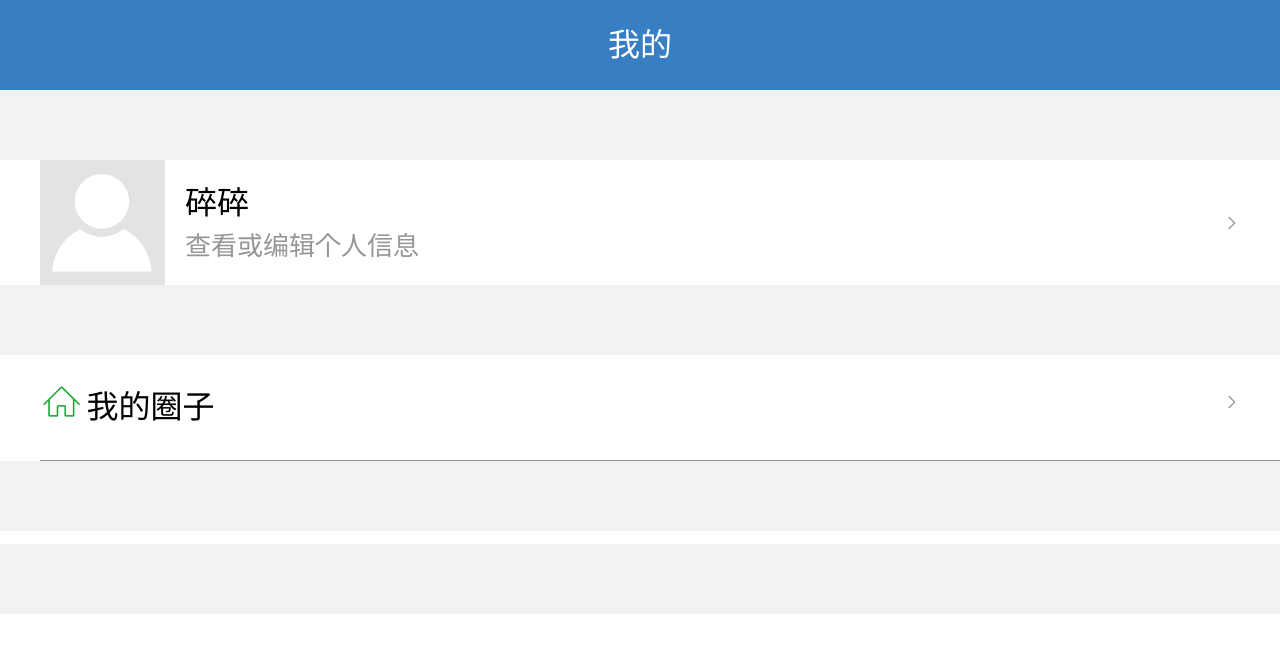
Repository: A1LExX/H5_study_set
Page: myProfile/index.html
An editor plug-in stored every save of this project. The page is shown before and after the next save, followed by the edit.
The browser window is 1280 px wide. The pictures show the whole page.
An inner scrolling area shows only its first screen.

Above is the page before, as saved 2021-07-12 20:40:38.

### myProfile/index.html
<!--
@author [Alex Wei]
@email [w2262196@outlook.com]
@create date 2021-07-12 18:52:43
@modify date 2021-07-12 20:39:11
@desc [description]
-->
<!DOCTYPE html>
<html lang="en">

<head>
    <meta charset="UTF-8">
    <meta http-equiv="X-UA-Compatible" content="IE=edge">
    <meta name="viewport" content="width=device-width, initial-scale=1.0">
    <!-- 引入重制样式表 -->
    <link rel="stylesheet" href="./css/reset.css">
    <!-- 引入移动端适配js -->
    <script src="./js/rem.js"></script>
    <!-- 引入字体图标样式表 -->
    <link rel="stylesheet" href="./css/iconfont.css">
    <!-- 引入当前页面样式表 -->
    <link rel="stylesheet" href="./css/index.css">
    <title>Document</title>
</head>

<body>
    <!-- 页眉 -->
    <div id="top">我的</div>
    <!-- 中间部分 -->
    <div id="mid">
        <div class="proFile">
            <div class="profileLeft">
                <div class="profileImg">
                    <span class="iconfont icon-icontouxiang"></span>
                </div>
                <div class="profileWord">
                    <span>碎碎</span>
                    <span>查看或编辑个人信息</span>
                </div>
            </div>
            <div class="iconfont icon-arrow-right"></div>
        </div>
        <div class="itemOne">
            <div class="itemTop">
                <div class="itemDown">
                    <span class="iconfont icon-fangzi1"></span>
                    <span>我的圈子</span>
                </div>
            <div class="iconfont icon-arrow-right"></div>
            </div>
            <div></div>
        </div>
        <div class="itemTwo"></div>
        <div class="setting"></div>
    </div>
    <!-- 页脚 -->
    <div id="footer"></div>
</body>

</html>

### myProfile/css/reset.css
/**
 * @author [Alex Wei]
 * @email [w2262196@outlook.com]
 * @create date 2021-07-12 19:03:59
 * @modify date 2021-07-12 19:05:27
 * @desc [description]
 */
/*
KISSY CSS Reset
理念：1. reset 的目的不是清除浏览器的默认样式，这仅是部分工作。清除和重置是紧密不可分的。
2. reset 的目的不是让默认样式在所有浏览器下一致，而是减少默认样式有可能带来的问题。
3. reset 期望提供一套普适通用的基础样式。但没有银弹，推荐根据具体需求，裁剪和修改后再使用。
特色：1. 适应中文；2. 基于最新主流浏览器。
维护：玉伯<lifesinger@gmail.com>, 正淳<ragecarrier@gmail.com>
 */

/** 清除内外边距 **/
body, h1, h2, h3, h4, h5, h6, hr, p, blockquote, /* structural elements 结构元素 */
dl, dt, dd, ul, ol, li, /* list elements 列表元素 */
pre, /* text formatting elements 文本格式元素 */
form, fieldset, legend, button, input, textarea, /* form elements 表单元素 */
th, td /* table elements 表格元素 */ {
  margin: 0;
  padding: 0;
}

/** 设置默认字体 **/
body,
button, input, select, textarea /* for ie */ {
  font: 12px/1.5 tahoma, arial, \5b8b\4f53, sans-serif;
}
h1, h2, h3, h4, h5, h6 { font-size: 100%; }
address, cite, dfn, em, var { font-style: normal; } /* 将斜体扶正 */
code, kbd, pre, samp { font-family: courier new, courier, monospace; } /* 统一等宽字体 */
small { font-size: 12px; } /* 小于 12px 的中文很难阅读，让 small 正常化 */

/** 重置列表元素 **/
ul, ol { list-style: none; }

/** 重置文本格式元素 **/
a { text-decoration: none; }
a:hover { text-decoration: underline; }


/** 重置表单元素 **/
legend { color: #000; } /* for ie6 */
fieldset, img { border: 0; } /* img 搭车：让链接里的 img 无边框 */
button, input, select, textarea { font-size: 100%; } /* 使得表单元素在 ie 下能继承字体大小 */
/* 注：optgroup 无法扶正 */

/** 重置表格元素 **/
table { border-collapse: collapse; border-spacing: 0; }

/* 清除浮动 */
.ks-clear:after, .clear:after {
  content: '\20';
  display: block;
  height: 0;
  clear: both;
}

.ks-clear, .clear {
  *zoom: 1;
}

### myProfile/js/rem.js
//designWidth:设计稿的实际宽度值，需要根据实际设置
//maxWidth:制作稿的最大宽度值，需要根据实际设置
//这段js的最后面有两个参数记得要设置，一个为设计稿实际宽度，一个为制作稿最大宽度，例如设计稿为750，最大宽度为750，则为(750,750)
;(function(designWidth, maxWidth) {
	var doc = document,
	win = window,
	docEl = doc.documentElement,
	remStyle = document.createElement("style"),
	tid;

	function refreshRem() {
		var width = docEl.getBoundingClientRect().width;
		maxWidth = maxWidth || 540;
		width>maxWidth && (width=maxWidth);
		//屏幕宽度 * 100 / 设计稿宽度
		var rem = width * 100 / designWidth;
		remStyle.innerHTML = 'html{font-size:' + rem + 'px;}';
	}

	if (docEl.firstElementChild) {
		docEl.firstElementChild.appendChild(remStyle);
	} else {
		var wrap = doc.createElement("div");
		wrap.appendChild(remStyle);
		doc.write(wrap.innerHTML);
		wrap = null;
	}
	//要等 wiewport 设置好后才能执行 refreshRem，不然 refreshRem 会执行2次；
	refreshRem();

	win.addEventListener("resize", function() {
		clearTimeout(tid); //防止执行两次
		tid = setTimeout(refreshRem, 300);
	}, false);

	win.addEventListener("pageshow", function(e) {
		if (e.persisted) { // 浏览器后退的时候重新计算
			clearTimeout(tid);
			tid = setTimeout(refreshRem, 300);
		}
	}, false);

	if (doc.readyState === "complete") {
		doc.body.style.fontSize = "16px";
	} else {
		doc.addEventListener("DOMContentLoaded", function(e) {
			doc.body.style.fontSize = "16px";
		}, false);
	}
})(750, 750);

### myProfile/css/iconfont.css
@font-face {
  font-family: "iconfont"; /* Project id  */
  src: url('../fonts/iconfont.ttf?t=1626088719469') format('truetype');
}

.iconfont {
  font-family: "iconfont" !important;
  font-size: 16px;
  font-style: normal;
  -webkit-font-smoothing: antialiased;
  -moz-osx-font-smoothing: grayscale;
}

.icon-arrow-right:before {
  content: "\e601";
}

.icon-fangzi:before {
  content: "\e614";
}

.icon-fangzi1:before {
  content: "\e6d3";
}

.icon-icontouxiang:before {
  content: "\e622";
}

.icon-quanquanb:before {
  content: "\e6d4";
}

.icon-baobiao:before {
  content: "\e65c";
}

.icon-liuyan:before {
  content: "\e615";
}

.icon-shouye:before {
  content: "\e60b";
}

.icon-baoming:before {
  content: "\e664";
}

.icon-shezhi:before {
  content: "\e63a";
}

.icon-dibudaohanglan-:before {
  content: "\e630";
}

.icon-renyuan:before {
  content: "\e61a";
}

### myProfile/css/index.css
/**
 * @author [Alex Wei]
 * @email [w2262196@outlook.com]
 * @create date 2021-07-12 19:23:21
 * @modify date 2021-07-12 20:40:38
 * @desc [description]
 */
html, body{
    width: 100%;
    height: 100%;
}

body{
    display: flex;
    flex-direction: column;
}

#top{
    height: .9rem;
    background: #387ec2;
    color: white;
    font-size: .32rem;
    line-height: .9rem;
    text-align: center;
}


#mid{
    flex: 1;
    background: #f2f2f2;
    overflow: scroll;
    display: flex;
    flex-direction: column;
}

#mid .profileImg{
    width: 1.25rem;
    height: 1.25rem;
    background: #e3e3e3;
    text-align: center;
    margin-right: .20rem;
}

.proFile{
    display: flex;
    justify-content: space-between;
    align-items: center;
    background: white;
    height: 1.6rem;
}

.icon-icontouxiang{
    font-size: 1rem;
    line-height: 1.25rem;
    /* text-align: center; */
    color: white;
}

.profileLeft{
    display: flex;
    justify-content: space-between;
    align-items: center;
}

.profileWord span:first-child{
    font-size: .32rem;
}

.profileWord span:last-child{
    /* display: inline; */
    display: block;
    font-size: .26rem;
    color: #969696;
}

.icon-arrow-right{
    color: #969696;
    margin-right: .4rem;
}

#mid>div{
    margin-top: .7rem;
}

#mid>div{
    padding-left: .4rem;
    /* padding-right: .4rem; */
}

.itemOne{
    height: 1.9rem;
    background: white;
    display: flex;
    flex-direction: column;
}

.itemTop{
    display: flex;
    justify-content: space-between;
    line-height: .95rem;
    border-bottom: 0.01rem solid #969696;
}

.itemDown span:first-child{
    font-size: .42rem;
    color: rgb(23, 165, 47);
}

.itemDown span:last-child{
    font-size: .32rem;
}

.itemTwo{
    height: 1.9rem;
    background: white;
    display: flex;
    flex-direction: column;
}

.setting{
    height: .96rem;
    background: white;
}

#footer{
    height: 1rem;
}

After the next save:
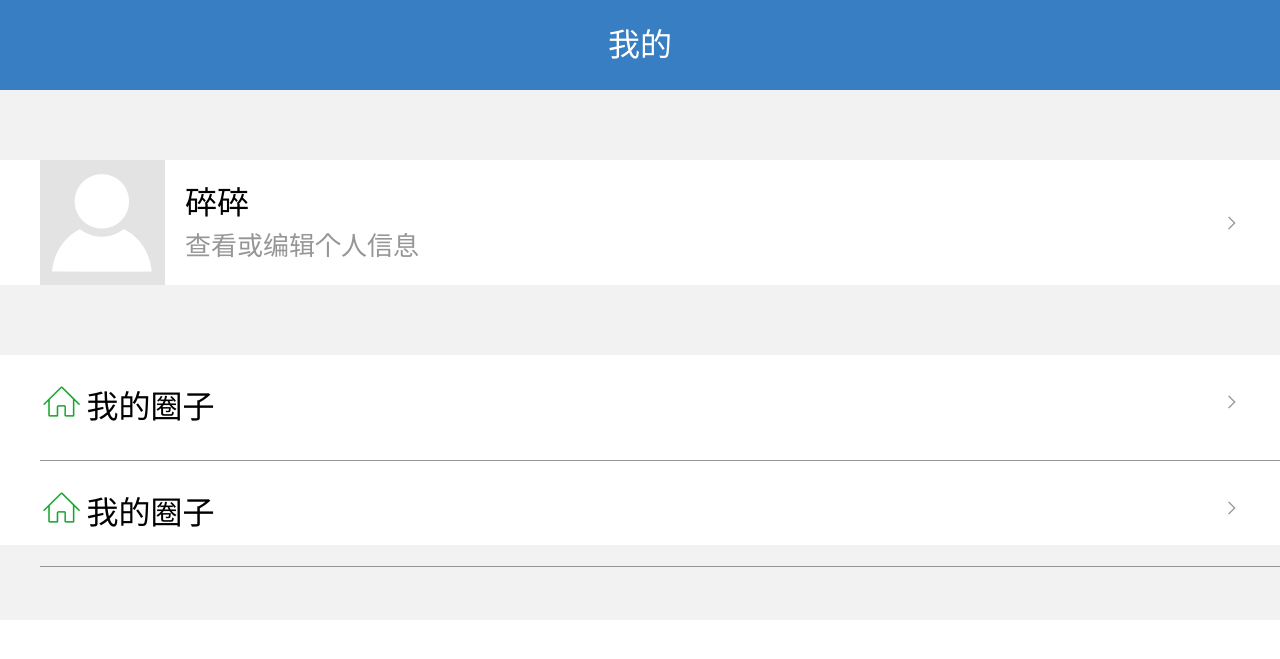
Saved 61 s later.
--- a/myProfile/index.html
+++ b/myProfile/index.html
@@ -2,7 +2,7 @@
 @author [Alex Wei]
 @email [w2262196@outlook.com]
 @create date 2021-07-12 18:52:43
-@modify date 2021-07-12 20:39:11
+@modify date 2021-07-12 20:41:39
 @desc [description]
 -->
 <!DOCTYPE html>
@@ -48,7 +48,14 @@
                 </div>
             <div class="iconfont icon-arrow-right"></div>
             </div>
-            <div></div>
+            <div class="itemTop">
+                <div class="itemDown">
+                    <span class="iconfont icon-fangzi1"></span>
+                    <span>我的圈子</span>
+                </div>
+            <div class="iconfont icon-arrow-right"></div>
+            </div>
+
         </div>
         <div class="itemTwo"></div>
         <div class="setting"></div>
